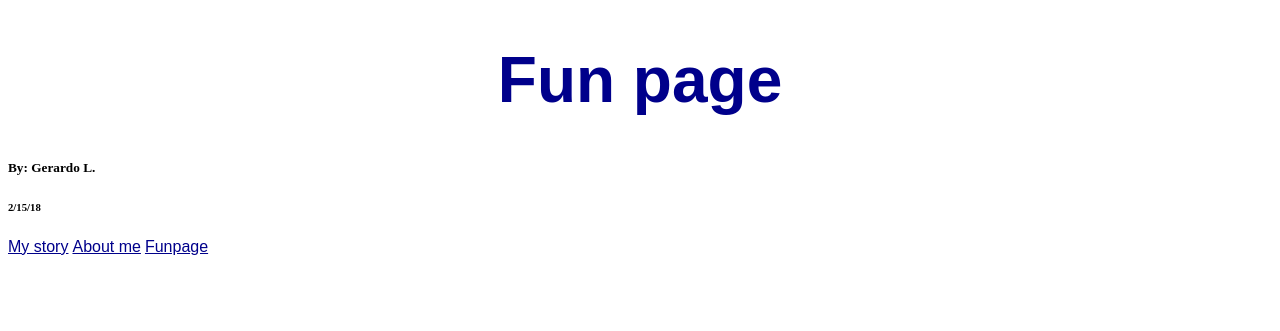
Repository: gesquivel15/gesquivel15.github.io
Page: Funpage.html
The author's editor kept a record of every edit. The page is drawn from the files as they stood at one moment, then again after the next edit.
The browser window is 1280 px wide. The pictures show the whole page.

Above is the page before.

After the next edit:
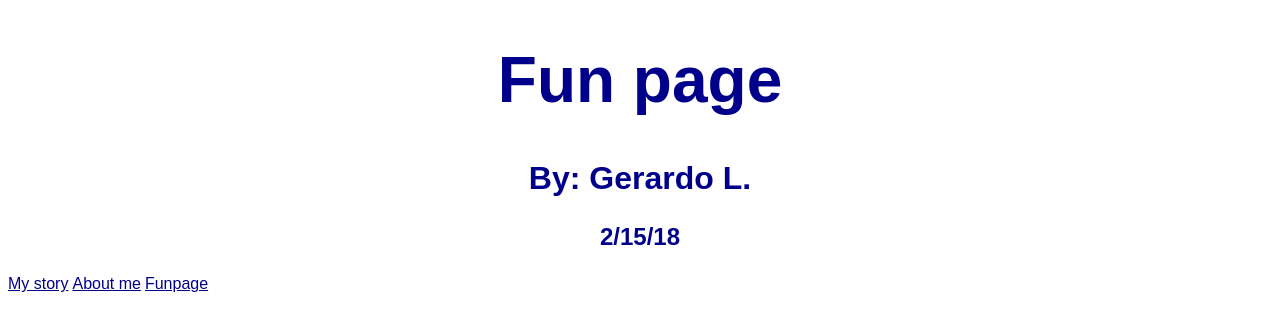
The edit:
--- a/Funpage.html
+++ b/Funpage.html
@@ -6,8 +6,8 @@
     </head
     <body>
      <h1>Fun page</h1>
-     <h5>By: Gerardo L.</h5>
-     <h6>2/15/18</h6>
+     <h2>By: Gerardo L.</h2>
+     <h3>2/15/18</h3>
      <a href="my_story.html">My story</a>
     <a href="about_me.html">About me</a>
     <a href="Funpage.html">Funpage</a>
